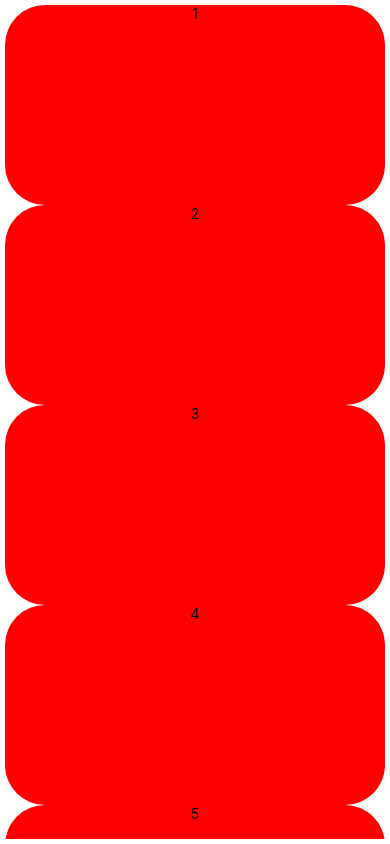
Repository: asnaeb1-dev/Video-List-Test
Screen: /
An editor plug-in stored every save of this project. The screen is shown before and after the next save, followed by the edit.
An inner scrolling area shows only its first screen. The app was drawn by React Native's web renderer in a window 390 px wide. The project was rebuilt for these pictures with package versions that can differ from the ones it lists, and the page was loaded fresh each time.

Above is the screen before, as saved 2020-08-08 12:21:52.

After the next save:
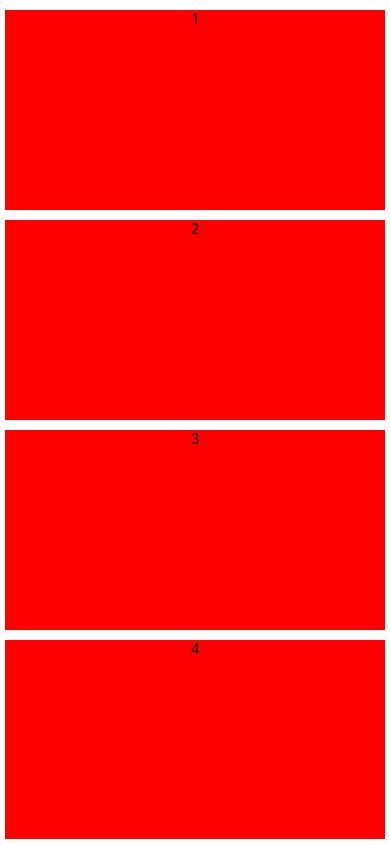
Saved 13 min 5 s later.
--- a/src/Components/ListItem.js
+++ b/src/Components/ListItem.js
@@ -4,7 +4,7 @@ import { View, TouchableOpacity, Text } from 'react-native';
 export default class ListItem extends Component{
     render(){
         return(
-            <TouchableOpacity style={{height: 200, backgroundColor: 'red', borderRadius: 40}}>
+            <TouchableOpacity style={{height: 200, backgroundColor: 'red', marginVertical: 5}}>
                 <Text style={{flex: 1, textAlign: 'center'}}>{this.props._id}</Text>
             </TouchableOpacity>
         )
